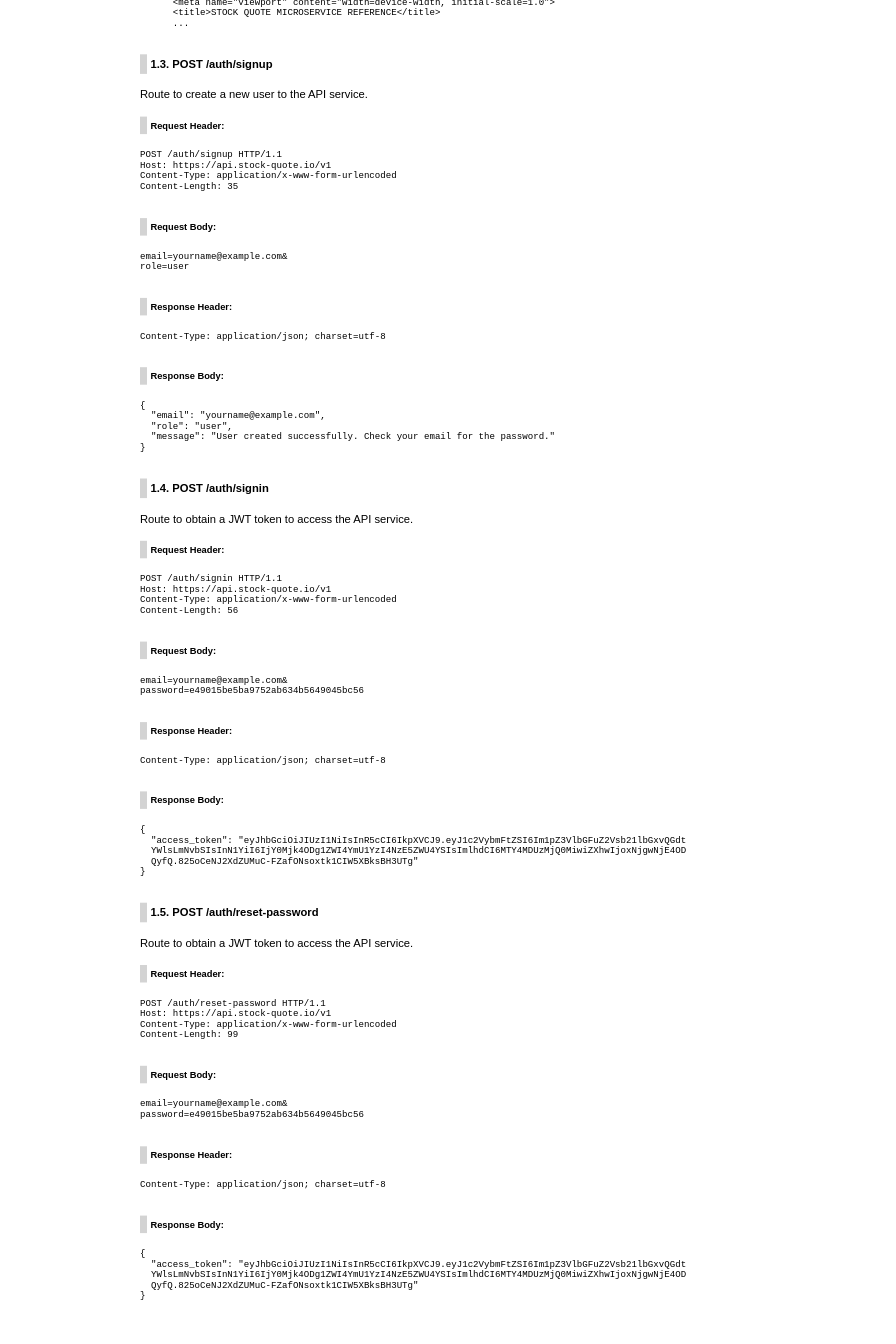
Repository: miguelamello/nest-js
Page: stock-service/reference.html
These files come from the project's save history. The page is drawn as it stood at one moment and after the next save; the edit follows.
The browser window is 1280 px wide. The pictures show the part of the page from y = 1412 to 3332 px (the page is 3332 px tall before and 3317 px after), at 70% of full size.

Above is the page before, as saved 2023-04-03 14:20:23.

After the next save:
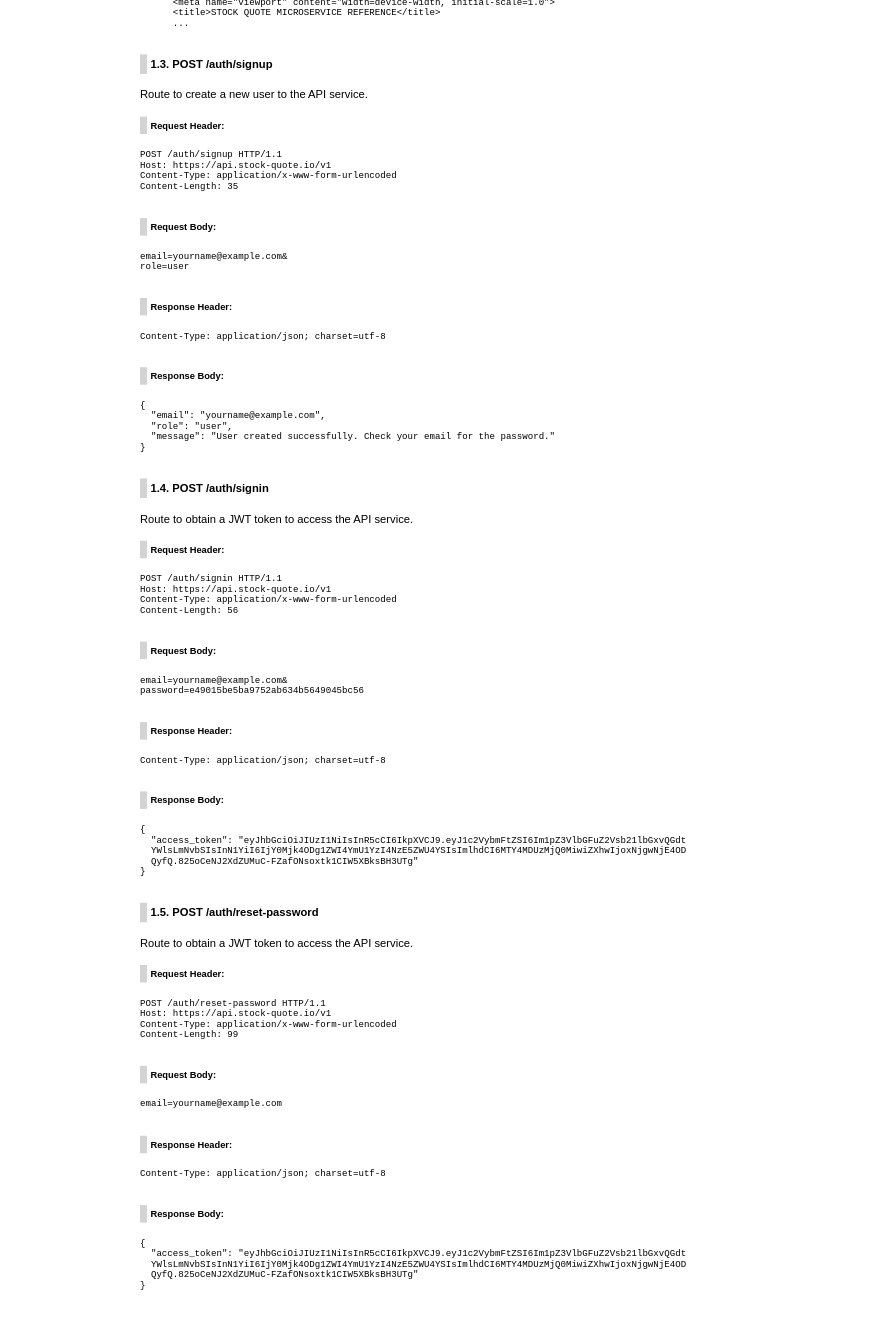
Saved 23 s later.
--- a/stock-service/reference.html
+++ b/stock-service/reference.html
@@ -196,8 +196,7 @@ Content-Length: 99
 
   <h5>Request Body:</h5>
   <pre>
-email=yourname@example.com&
-password=e49015be5ba9752ab634b5649045bc56
+email=yourname@example.com
   </pre>
 
   <h5>Response Header:</h5>
